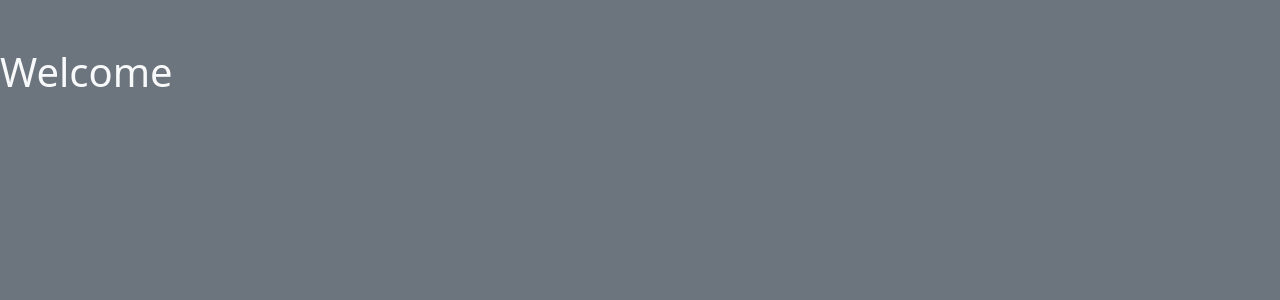
Repository: AvinashLikesToLearnNewStuff/VotingSite
Page: http://localhost/partials/dashboard.php
The author's editor kept a copy of each file at every save. The page is drawn from the files as they stood at one save, then again after the next save.
The browser window is 1280 px wide. The pictures show the whole page.
The page is run by PHP 8.4 with error messages shown; the project is at /var/www/html/.

Above is the page before, as saved 2023-03-10 19:23:56.

### partials/dashboard.php
<!DOCTYPE html>
<html lang="en">
<head>
    <meta charset="UTF-8">
    <meta http-equiv="X-UA-Compatible" content="IE=edge">
    <meta name="viewport" content="width=device-width, initial-scale=1.0">
    <title>Voting System dashboard</title>
        <!-- bootstrap css link -->
     <link href="https://cdn.jsdelivr.net/npm/bootstrap@5.2.3/dist/css/bootstrap.min.css" rel="stylesheet" integrity="sha384-rbsA2VBKQhggwzxH7pPCaAqO46MgnOM80zW1RWuH61DGLwZJEdK2Kadq2F9CUG65" crossorigin="anonymous">


</head>
<body class="bg-secondary text-light">
    <div class="contianer my-5"></div>
   <h1>Welcome</h1>
</body>
</html>

After the next save:
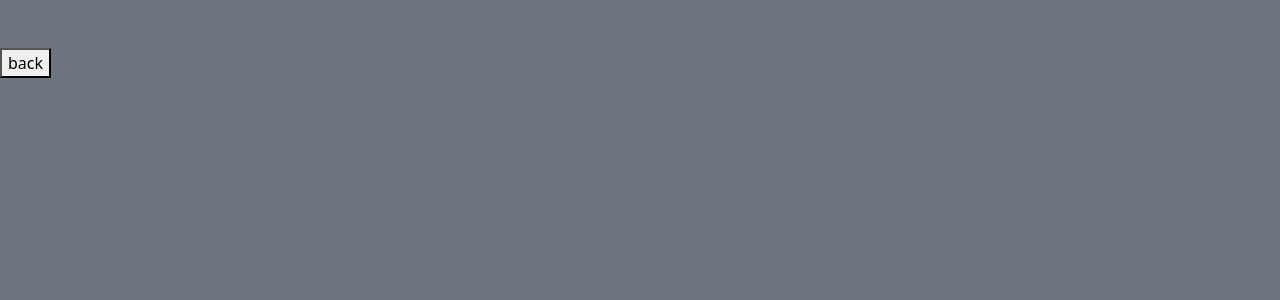
Saved 55 s later.
--- a/partials/dashboard.php
+++ b/partials/dashboard.php
@@ -11,7 +11,13 @@
 
 </head>
 <body class="bg-secondary text-light">
-    <div class="contianer my-5"></div>
-   <h1>Welcome</h1>
+    <div class="contianer my-5">
+
+    <a href="../">
+        <button>back</button>
+    </a>
+
+
+    </div>
 </body>
 </html>
